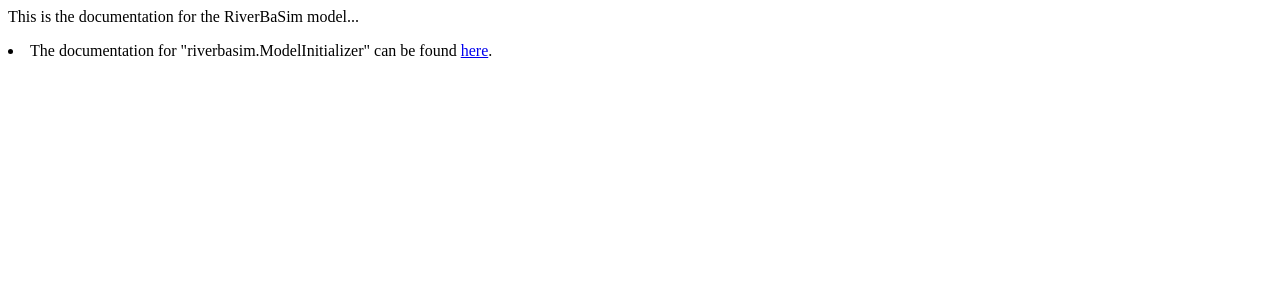
Repository: kemlg/RiverBaSim
Page: RiverBaSim/docs/index.html
The author's editor kept a copy of each file at every save. The page is drawn from the files as they stood at one save, then again after the next save.
The browser window is 1280 px wide. The pictures show the whole page.

Above is the page before, as saved 2013-06-28 14:51:21.

After the next save:
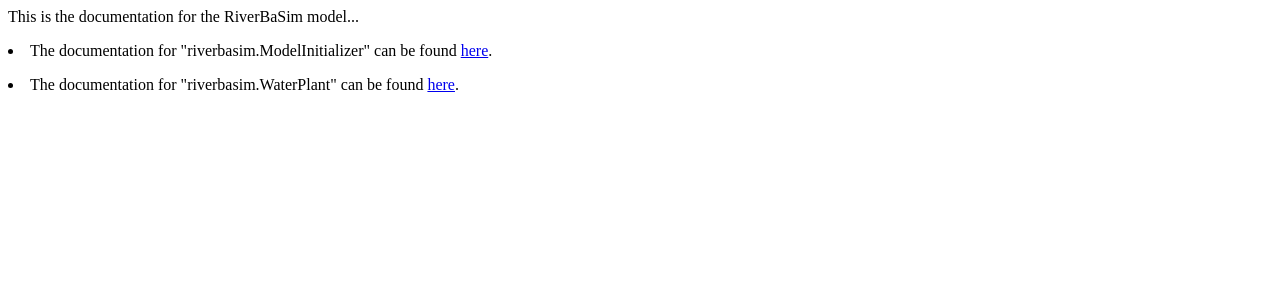
Saved 25 s later.
--- a/RiverBaSim/docs/index.html
+++ b/RiverBaSim/docs/index.html
@@ -1,9 +1,10 @@
-<html><FONT FACE=Verdana, Arial, Sans><FONT FACE=Verdana, Arial, Sans>
+<html><FONT FACE=Verdana, Arial, Sans><FONT FACE=Verdana, Arial, Sans><FONT FACE=Verdana, Arial, Sans><FONT FACE=Verdana, Arial, Sans>
 	<head>
 		<title>RiverBaSim</title>
 	</head>
 	<body>
 		This is the documentation for the RiverBaSim model...</p>
 	<li>The documentation for "riverbasim.ModelInitializer" can be found <a href="riverbasim.ModelInitializer.html">here</a>.</li></p>
+<li>The documentation for "riverbasim.WaterPlant" can be found <a href="riverbasim.WaterPlant.html">here</a>.</li></p>
 </body>
 </html>
